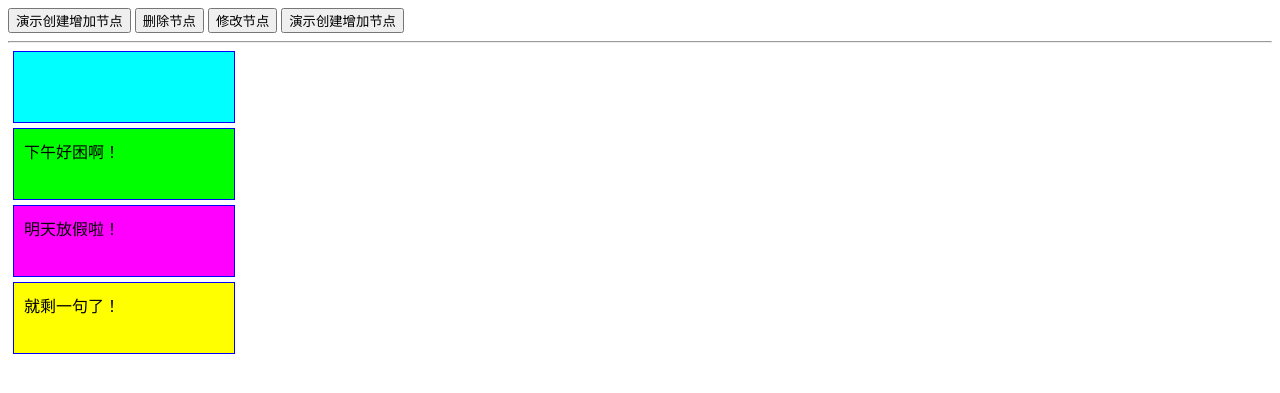
Repository: tangchengjingwen/javaLearningCode
Page: javaLearningCode/day31_html/crud_node.html
The author's editor kept a copy of each file at every save. The page is drawn from the files as they stood at one save, then again after the next save.
The browser window is 1280 px wide. The pictures show the whole page.
After loading, the first visible `input[onclick="upDateNode()"]` was clicked once.

Above is the page before, as saved 2012-05-15 06:17:27.
Console error: TypeError: divNode.replaceNode is not a function

After the next save:
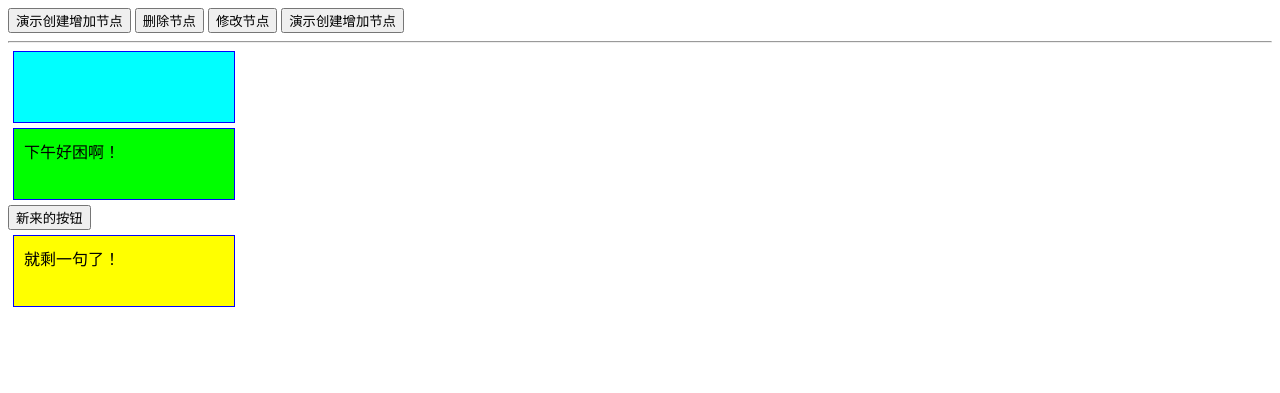
The error is gone.
Saved 91 s later.
--- a/javaLearningCode/day31_html/crud_node.html
+++ b/javaLearningCode/day31_html/crud_node.html
@@ -82,7 +82,9 @@
 				butNode.type = "button";
 				butNode.value = "新来的按钮";
 
-			divNode.replaceNode(butNode);
+//			divNode.replaceNode(butNode);
+
+			divNode.parentNode.replaceChild(butNode,divNode);
 		}
 		</script>
     	<input type="button" value="演示创建增加节点" onclick="crtAddNode()" />
